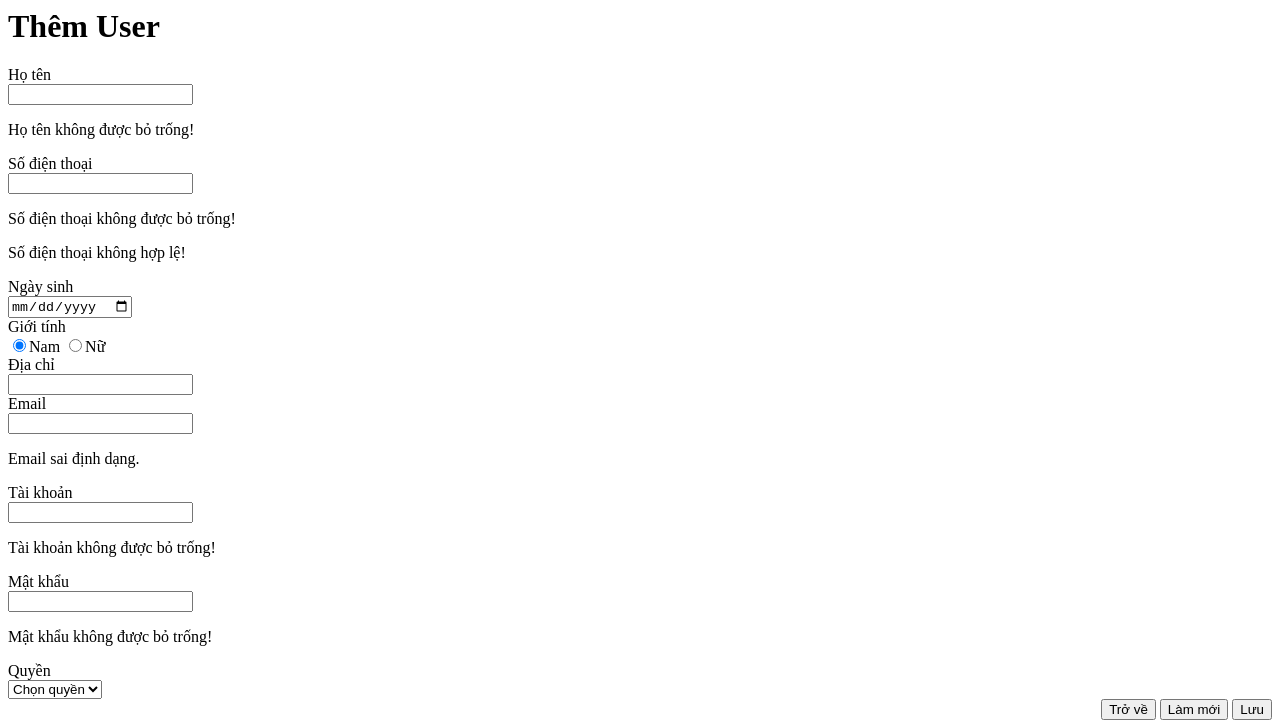
Repository: gohanmystic/T04_webraovat
Page: webraovat/webraovat/WebContent/app/admin/user/user-create-update.html
The author's editor kept a copy of each file at every save. The page is drawn from the files as they stood at one save, then again after the next save.
The browser window is 1280 px wide. The pictures show the whole page.

Above is the page before, as saved 2017-11-29 13:44:12.

After the next save:
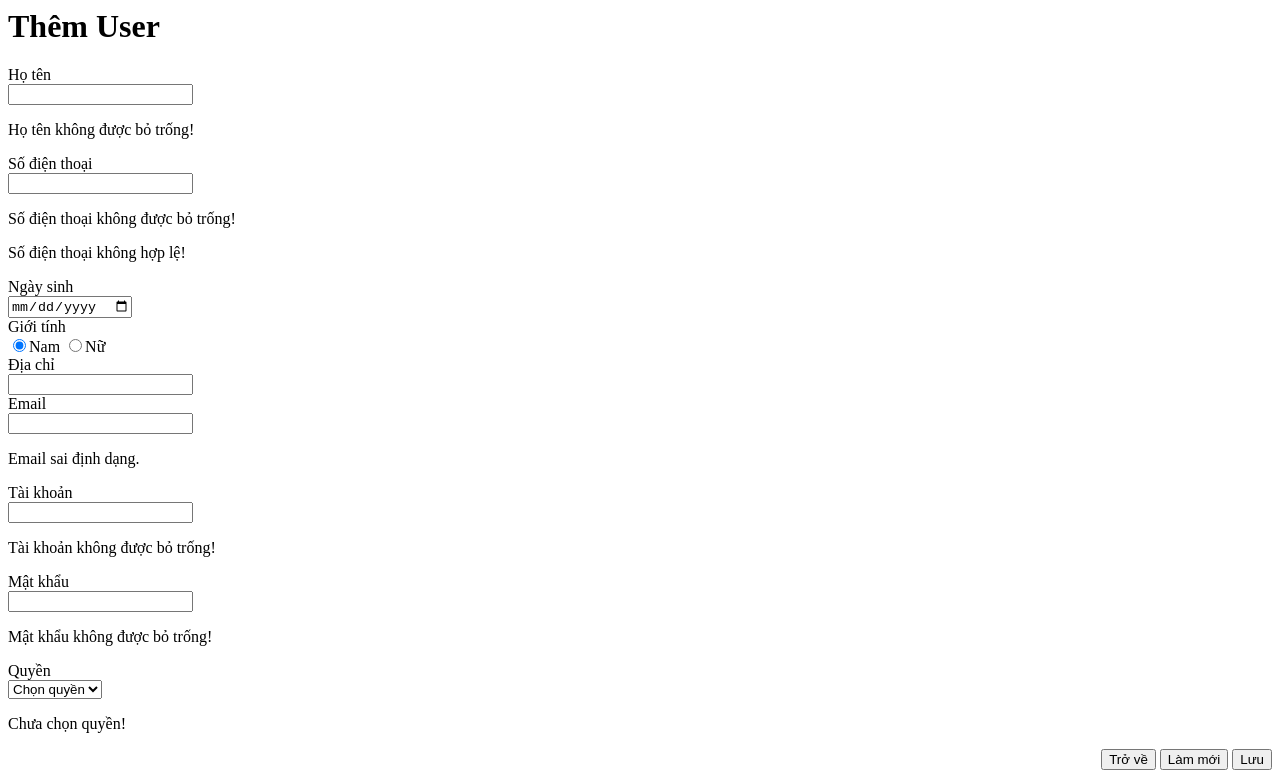
Saved 30 s later.
--- a/webraovat/webraovat/WebContent/app/admin/user/user-create-update.html
+++ b/webraovat/webraovat/WebContent/app/admin/user/user-create-update.html
@@ -83,12 +83,13 @@
                 <div class="form-group" show-errors>
                 	<div class="input-group">
                 		<span class="input-group-addon"><i class="fa fa-code fa-fw"></i></span>
-	                    <select name="level" class="form-control" ng-model="vm.user.level" ng-required="true">
+	                    <select name="level" class="form-control" ng-model="vm.user.level" required>
 	                    	<option value="">Chọn quyền</option>
 	                        <option value="0">Admin</option>
 	                        <option value="1">User</option>
 	                    </select>
                 	</div>
+                	<p class="help-block" ng-if="createUpdateForm.level.$error.required">Chưa chọn quyền!</p>
                 </div>
 
                 <div class="form-group" style="float:right">
